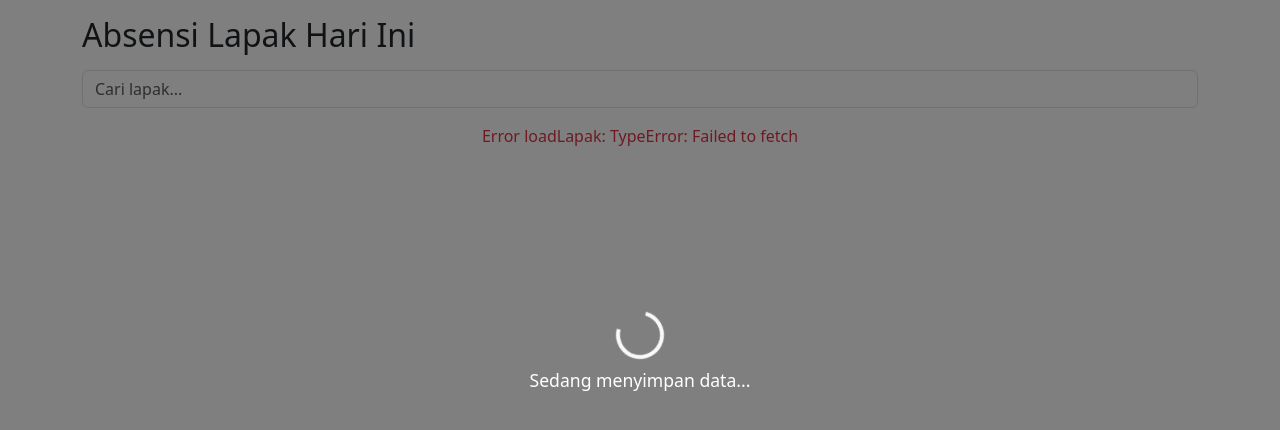
Repository: pasarrakyatbak/absensi
Page: index.html
An editor plug-in stored every save of this project. The page is shown before and after the next save, followed by the edit.
The browser window is 1280 px wide. The pictures show the whole page.
The page's requests for data from a server got no answer.

Above is the page before, as saved 2025-09-22 00:33:01.

### index.html
<!DOCTYPE html>
<html lang="id">

<head>
    <meta charset="UTF-8">
    <meta name="viewport" content="width=device-width, initial-scale=1.0">
    <title>Absensi Lapak</title>
    <link href="https://cdn.jsdelivr.net/npm/bootstrap@5.3.2/dist/css/bootstrap.min.css" rel="stylesheet">
    <link rel="stylesheet" href="style.css">
</head>

<body class="p-3">

    <div class="container">
        <h2 class="mb-3">Absensi Lapak Hari Ini</h2>
        <input type="text" id="searchInput" class="form-control mb-3" placeholder="Cari lapak...">
        <div class="row" id="lapakContainer"></div>
    </div>

    <!-- Modal Absensi -->
    <div id="absensiModal">
        <div class="modal-content">
            <p id="absensiInfo"></p>
            <button class="btn btn-success" id="modalAbsenBtn">Absen Sekarang</button>
            <button class="btn btn-secondary" onclick="closeAbsensiModal()">Tutup</button>
        </div>
    </div>

    <!-- Loader -->
    <div id="absensiLoading" class="d-flex">
        <div class="loader-content text-center">
            <div class="spinner-border text-light" role="status" style="width:3rem;height:3rem;"></div>
            <p id="absensiLoadingText" class="text-white mt-2">Sedang memproses...</p>
        </div>
    </div>


    <script src="script.js"></script>
</body>

</html>

### style.css
.lapak-card {
    cursor: pointer;
    transition: transform 0.2s;
}

.lapak-card:hover:not(.disabled) {
    transform: scale(1.05);
}

.disabled {
    pointer-events: none;
    opacity: 0.7;
}

#absensiModal {
    display: none;
    position: fixed;
    top: 0;
    left: 0;
    width: 100%;
    height: 100%;
    background: rgba(0, 0, 0, 0.5);
    justify-content: center;
    align-items: center;
    z-index: 9999;
}

#absensiModal .modal-content {
    background: #fff;
    padding: 20px;
    border-radius: 8px;
    width: 300px;
    text-align: center;
}

/* Loader full-screen */
#absensiLoading {
    display: none;
    /* default sembunyi */
    position: fixed;
    top: 0;
    left: 0;
    width: 100%;
    height: 100%;
    background: rgba(0, 0, 0, 0.5);
    /* transparan gelap */
    justify-content: center;
    align-items: center;
    z-index: 9999;
}

/* Konten loader */
#absensiLoading .loader-content {
    display: flex;
    flex-direction: column;
    align-items: center;
    justify-content: center;
}

/* Spinner lebih besar & responsif */
#absensiLoading .spinner-border {
    width: 3rem;
    height: 3rem;
}

/* Text loader */
#absensiLoadingText {
    margin-top: 10px;
    font-size: 1.1rem;
    font-weight: 500;
}

### script.js
const API_URL = "https://script.google.com/macros/s/AKfycby4z2qZ24SrJkcyGpybH29lSUC_3_z1LG-7wSmTzpaOEXrwjXf0Cl3hqkg95qAxPj1-/exec";
let lapakData = [];
let currentLapakId = null;

// Cek hari
const isSunday = new Date().getDay() === 0; // 0 = Minggu

// Loader
function showAbsensiLoading(show, text = "Sedang menyimpan data...") {
    const loader = document.getElementById("absensiLoading");
    const loadingText = document.getElementById("absensiLoadingText");
    if (!loader || !loadingText) return;
    loader.style.display = show ? "flex" : "none"; // pastikan display
    loadingText.textContent = text;
}

// Load semua lapak
async function loadLapak() {
    showAbsensiLoading(true, "Sedang memuat data lapak...");

    try {
        const res = await fetch(API_URL + "?action=listLapak");
        const json = await res.json();

        if (!json.success) {
            console.error("Gagal load lapak:", json.message);
            document.getElementById("lapakContainer").innerHTML = `<p class="text-center text-danger">Gagal load data: ${json.message}</p>`;
            showAbsensiLoading(false);
            return;
        }

        lapakData = json.data.map(lapak => ({
            ...lapak,
            statusAbsensi: lapak.statusAbsensi || ""
        }));

        renderLapak(lapakData);
        showAbsensiLoading(false);

    } catch (err) {
        console.error("Error loadLapak:", err);
        document.getElementById("lapakContainer").innerHTML = `<p class="text-center text-danger">Error loadLapak: ${err}</p>`;
        showAbsensiLoading(false);
    }
}

// Render card lapak
function renderLapak(data) {
    const container = document.getElementById("lapakContainer");
    container.innerHTML = "";

    if (data.length === 0) {
        container.innerHTML = `<p class="text-center">Tidak ada data lapak.</p>`;
        return;
    }

    data.forEach(lapak => {
        const statusHadir = (lapak.statusAbsensi || "").includes("✅");

        const card = document.createElement("div");
        card.className = "col-md-4 col-sm-6 mb-3";
        card.innerHTML = `
            <div class="card lapak-card shadow-sm ${statusHadir ? 'disabled' : ''}"
                 data-no-lapak="${lapak.noLapak}" data-nama-lapak="${lapak.nama}">
                <div class="card-body text-center">
                    <h5 class="card-title">Lapak ${lapak.noLapak}</h5>
                    <p class="card-text">${lapak.nama}</p>
                    <p class="status-text ${statusHadir ? 'text-success' : 'text-danger'}">
                        ${statusHadir ? "✅ Hadir" : "❌ Belum"}
                    </p>
                </div>
            </div>
        `;

        const cardEl = card.querySelector(".lapak-card");

        if (!statusHadir && cardEl) {
            if (isSunday) {
                cardEl.addEventListener("click", () => openAbsensiModal(lapak.noLapak, lapak.nama));
                cardEl.addEventListener("dblclick", () => absenLapak(lapak.noLapak));
            } else {
                cardEl.style.cursor = "not-allowed";
            }
        }

        container.appendChild(card);
    });
}

// Modal
function openAbsensiModal(lapakId, lapakName) {
    const modal = document.getElementById("absensiModal");
    const info = document.getElementById("absensiInfo");
    currentLapakId = lapakId;
    if (info) info.textContent = `Absensi untuk Lapak ${lapakId} - ${lapakName}`;
    modal.style.display = "flex";
}
function closeAbsensiModal() {
    const modal = document.getElementById("absensiModal");
    if (modal) modal.style.display = "none";
}

// Absen dari modal
document.getElementById("modalAbsenBtn").addEventListener("click", () => {
    if (currentLapakId) absenLapak(currentLapakId);
    closeAbsensiModal();
});

// Fungsi absen optimistik + update lokal
async function absenLapak(noLapak) {
    if (!isSunday) {
        alert("❌ Absensi hanya bisa dilakukan hari Minggu.");
        return;
    }

    showAbsensiLoading(true, "Menyimpan absensi...");

    const card = document.querySelector(`.lapak-card[data-no-lapak="${noLapak}"]`);
    if (!card) {
        showAbsensiLoading(false);
        return;
    }
    const statusText = card.querySelector(".status-text");

    const oldText = statusText.textContent;
    const oldClass = statusText.className;

    statusText.textContent = "✅ Hadir";
    statusText.classList.remove("text-danger");
    statusText.classList.add("text-success");
    card.classList.add("disabled");

    try {
        const res = await fetch(API_URL, {
            method: "POST",
            headers: { "Content-Type": "application/x-www-form-urlencoded" },
            body: new URLSearchParams({
                action: "absen",
                noLapak,
                password: "panitia123"
            })
        });
        const json = await res.json();

        if (!json.success) {
            statusText.textContent = oldText;
            statusText.className = oldClass;
            card.classList.remove("disabled");
            alert(json.message || "❌ Gagal menyimpan absensi.");
        } else {
            const lapakIndex = lapakData.findIndex(l => String(l.noLapak) === String(noLapak));
            if (lapakIndex > -1) {
                lapakData[lapakIndex].statusAbsensi = "✅ Hadir";
                renderLapak(lapakData);
            }
        }
    } catch (err) {
        statusText.textContent = oldText;
        statusText.className = oldClass;
        card.classList.remove("disabled");
        alert("❌ Gagal menyimpan absensi.");
    }

    showAbsensiLoading(false);
}

// Search filter
document.getElementById("searchInput").addEventListener("input", (e) => {
    const keyword = e.target.value.toLowerCase();
    const filtered = lapakData.filter(l =>
        l.noLapak.toString().toLowerCase().includes(keyword) ||
        l.nama.toLowerCase().includes(keyword)
    );
    renderLapak(filtered);
});

// Load pertama kali
loadLapak();

After the next save:
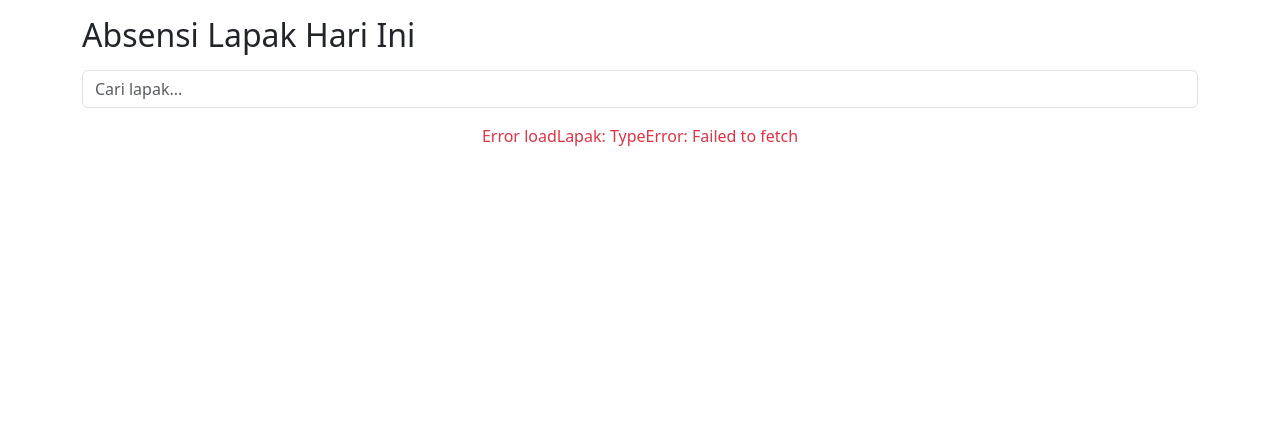
Saved 9 s later.
--- a/index.html
+++ b/index.html
@@ -27,7 +27,7 @@
     </div>
 
     <!-- Loader -->
-    <div id="absensiLoading" class="d-flex">
+    <div id="absensiLoading" class="d-none">
         <div class="loader-content text-center">
             <div class="spinner-border text-light" role="status" style="width:3rem;height:3rem;"></div>
             <p id="absensiLoadingText" class="text-white mt-2">Sedang memproses...</p>
